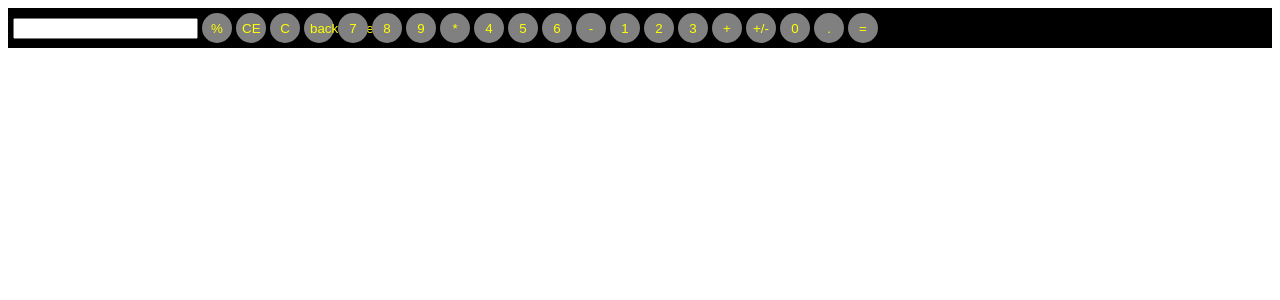
Repository: kirtivaishya/calculator
Page: index.html
The author's editor kept a copy of each file at every save. The page is drawn from the files as they stood at one save, then again after the next save.
The browser window is 1280 px wide. The pictures show the whole page.
The style sheet was rebuilt from its Sass, Less or Tailwind sources for each picture, by a compiler version that may differ from the author's.

Above is the page before, as saved 2021-10-14 16:40:41.
Console error: ReferenceError: button is not defined

### index.html
<!DOCTYPE html>
<html lang="en">
<head>
    <meta charset="UTF-8">
    <meta name="viewport" content="width=device-width, initial-scale=1.0">
    <title>calculator</title>
    <link rel="stylesheet" href="css/component.css">
</head>
<body>
    <section class="grid">
        <form action="">
            <input type="number">
            <button class=".btn" id="percentage">%</button>
            <button class=".btn" id="CE">CE</button>
            <button id="C">C</button>
            <button id="backspace">backspace</button>
            <button id="7">7</button>
            <button id="8">8</button>
            <button id="9">9</button>
            <button id="*">*</button>
            <button id="4">4</button>
            <button id="5">5</button>
            <button id="6">6</button>
            <button id="substract">-</button>
            <button id="1">1</button>
            <button id="2">2</button>
            <button id="3">3</button>
            <button id="+">+</button>
            <button id="prefix">+/-</button>
            <button id="0">0</button>
            <button id="dot">.</button>
            <button id="equal">=</button>
        </form>
    </section>
    <script src="js/function.js"></script>
</body>
</html>

### js/function.js
// **********Add the value to input ***********
button.addEventListener('click',(event)=>{
    event.preventDefault();
   const buttonList= document.querySelectorAll("button");
});

### css/component.scss
.btn{
    background-color: grey;
    color: yellow;
    border-radius: 50%;
    border: grey;


}
.grid{
    display: grid;
    grid-auto-columns: 1fr 1fr 1fr 1fr;
}
button {
    height: 30px;
    width: 30px;
    background-color: grey;
    color: yellow;
    border-radius: 50%;
    border: grey;
  }

  form {
  border: 5px black solid;
  background-color: black;
  }

After the next save:
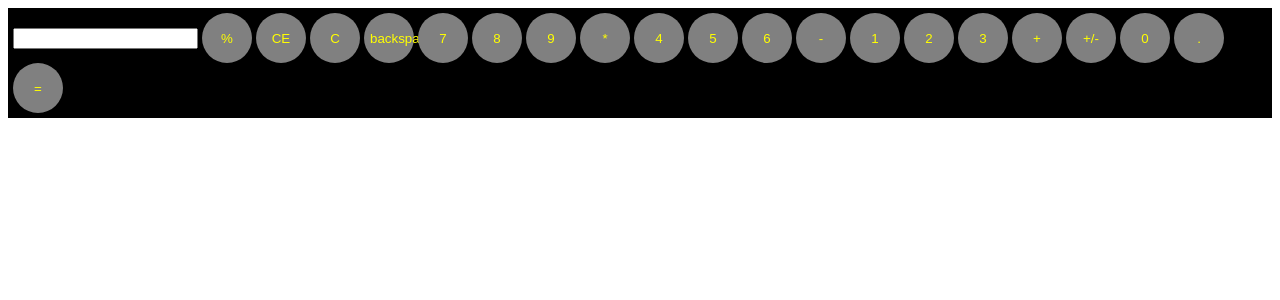
Saved 29 s later.
--- a/css/component.scss
+++ b/css/component.scss
@@ -11,8 +11,8 @@
     grid-auto-columns: 1fr 1fr 1fr 1fr;
 }
 button {
-    height: 30px;
-    width: 30px;
+    height: 50px;
+    width: 50px;
     background-color: grey;
     color: yellow;
     border-radius: 50%;
